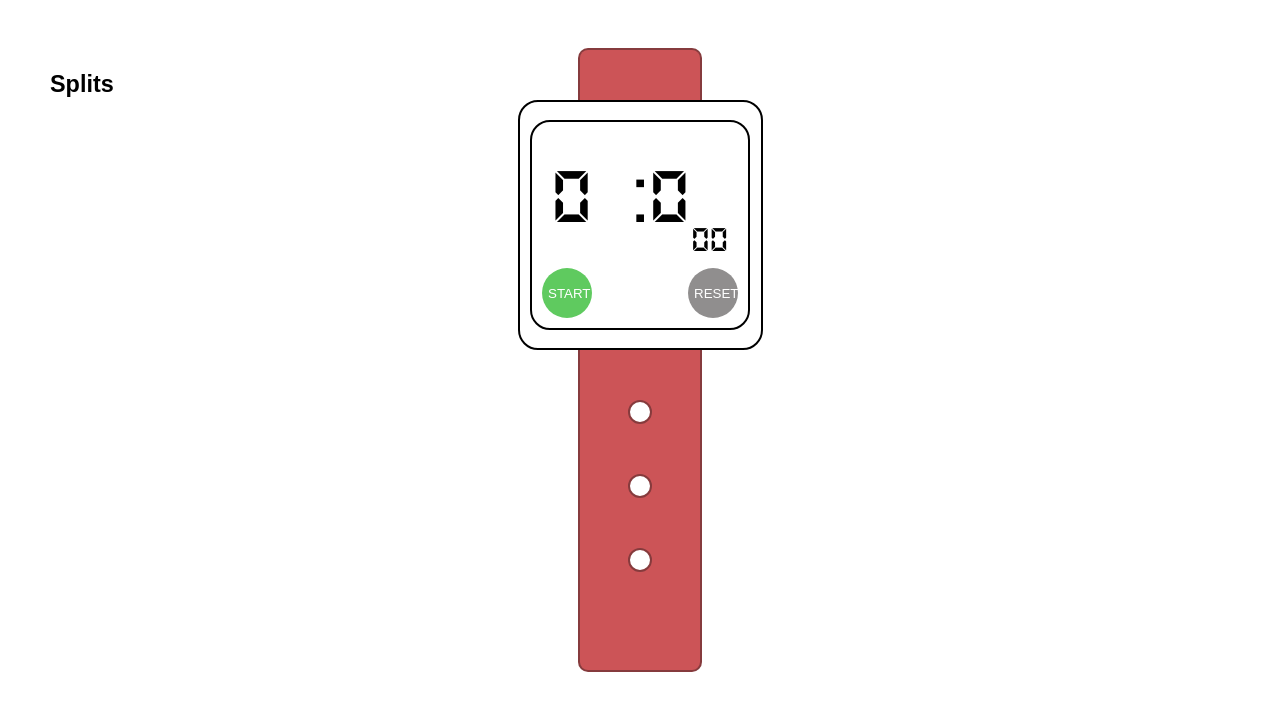
Repository: konstantin0s/lab-chronometer
Page: index.html
An editor plug-in stored every save of this project. The page is shown before and after the next save, followed by the edit.
The browser window is 1280 px wide. The pictures show the whole page.
After loading, the first visible `#btnRight` was clicked once.

Above is the page before, as saved 2019-02-05 12:47:37.

After the next save:
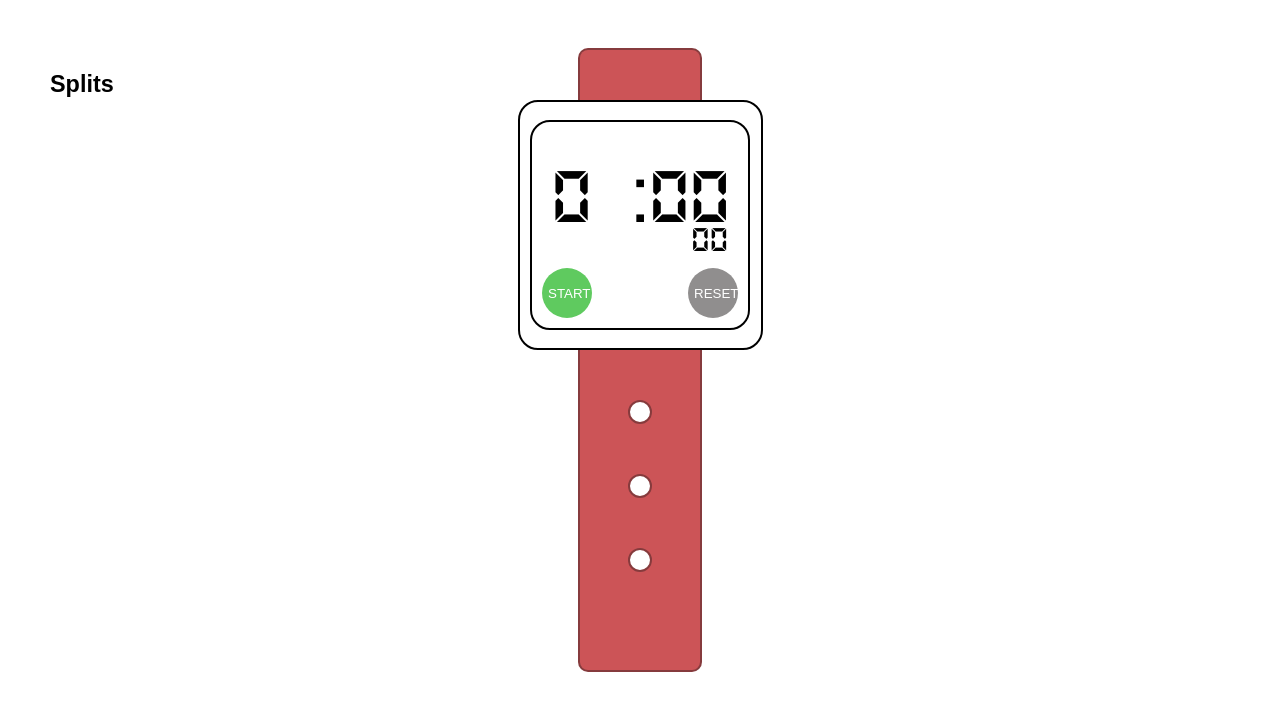
Saved 91 s later.
--- a/javascript/main.js
+++ b/javascript/main.js
@@ -165,8 +165,9 @@ function reset() {
     minutes = 0;
     console.log("This is from reset: " + intervalRef);
     btnLeft.innerHTML = "START";
-    secDec.innerText = seconds;
+    // secDec.innerText = seconds;
     minDec.innerText = minutes;
+    secDec.innerHTML = "0" + seconds;
 }
 
 
